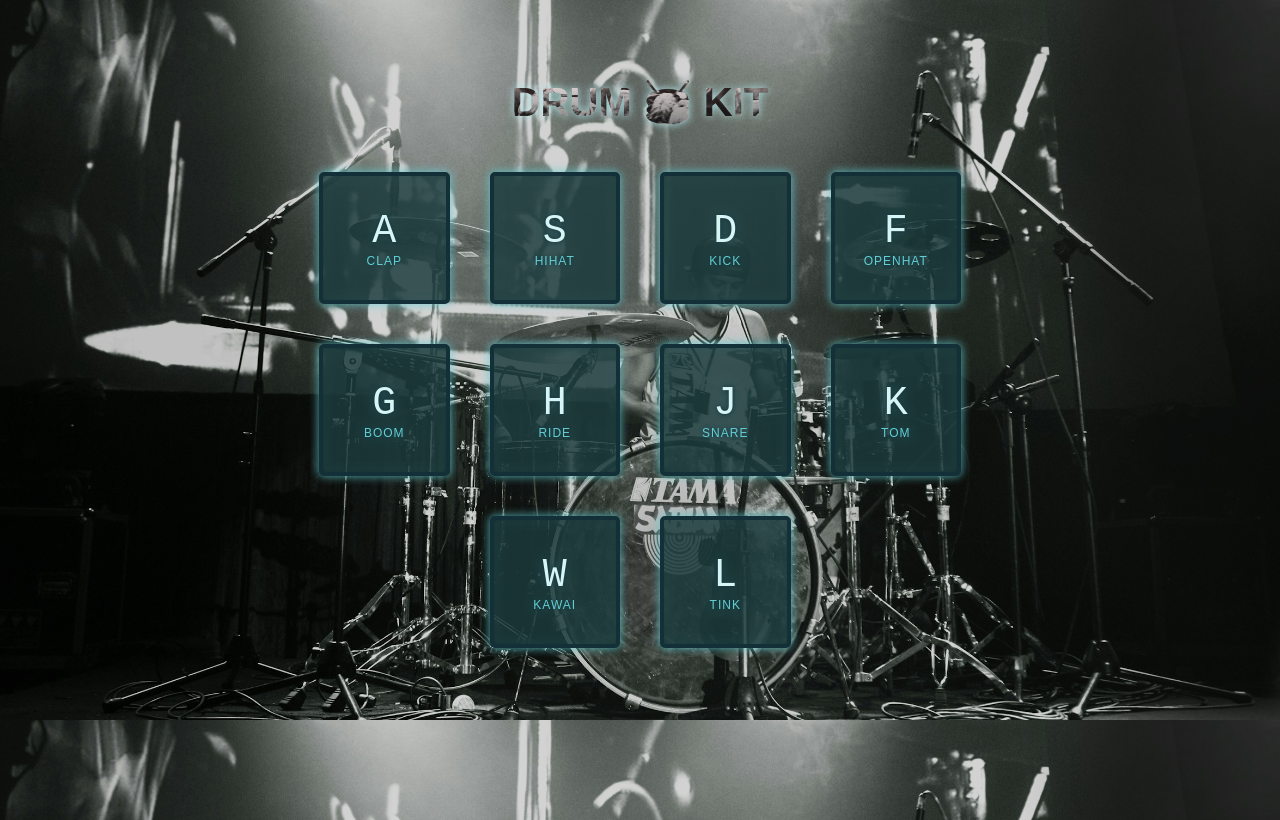
Repository: Freezler/drumkitJS
Page: index.html
The author's editor kept a copy of each file at every save. The page is drawn from the files as they stood at one save, then again after the next save.
The browser window is 1280 px wide. The pictures show the whole page.
Backgrounds fixed to the window are drawn as part of the page.

Above is the page before, as saved 2024-08-24 11:00:48.
Console error: ReferenceError: key is not defined

### index.html
<!DOCTYPE html>
<html lang="en">

<head>
  <meta charset="UTF-8">
  <title>JS Drum Kit</title>
  <link rel="stylesheet" href="style.css">
  <link rel="icon" href="https://fav.farm/🔥" />
</head>

<body>
  <main>

    <h1>Drum 🥁 Kit</h1>

    <div class="keys">
      <div data-key="65" class="key">
        <kbd>A</kbd>
        <span class="sound">clap</span>
      </div>
      <div data-key="83" class="key">
        <kbd>S</kbd>
        <span class="sound">hihat</span>
      </div>
      <div data-key="68" class="key">
        <kbd>D</kbd>
        <span class="sound">kick</span>
      </div>
      <div data-key="70" class="key">
        <kbd>F</kbd>
        <span class="sound">openhat</span>
      </div>
      <div data-key="71" class="key">
        <kbd>G</kbd>
        <span class="sound">boom</span>
      </div>
      <div data-key="72" class="key">
        <kbd>H</kbd>
        <span class="sound">ride</span>
      </div>
      <div data-key="74" class="key">
        <kbd>J</kbd>
        <span class="sound">snare</span>
      </div>
      <div data-key="75" class="key">
        <kbd>K</kbd>
        <span class="sound">tom</span>
      </div>
      <div data-key="76" class="key">
        <kbd>L</kbd>
        <span class="sound">tink</span>
      </div>
      <div data-key="87" class="key">
        <kbd>W</kbd>
        <span class="sound">kawai</span>
      </div>
    </div>
  </main>

  <audio data-key="65" src="sounds/clap.wav"></audio>
  <audio data-key="83" src="sounds/hihat.wav"></audio>
  <audio data-key="68" src="sounds/kick.wav"></audio>
  <audio data-key="70" src="sounds/openhat.wav"></audio>
  <audio data-key="71" src="sounds/boom.wav"></audio>
  <audio data-key="72" src="sounds/ride.wav"></audio>
  <audio data-key="74" src="sounds/snare.wav"></audio>
  <audio data-key="75" src="sounds/tom.wav"></audio>
  <audio data-key="76" src="sounds/tink.wav"></audio>
  <audio data-key="87" src="sounds/kawai.wav"></audio>


  <script>
    function removeTransition(event) {
      const { propertyName } = event;
      if (propertyName !== 'transform') return;
      event.target.classList.remove('playing');
    }

    function playSound(event) {
      const keyCode = event.type === 'keydown' ? event.keyCode : this.getAttribute('data-key');
      const audio = document.querySelector(`audio[data-key="${keyCode}"]`);
      const key = document.querySelector(`.key[data-key="${keyCode}"]`);
      if (!audio) return;
      key.classList.add('playing');
      audio.currentTime = 0;
      audio.play();
    }

    window.addEventListener('keydown', playSound);

    const keys = document.querySelectorAll('.key');
    keys.forEach(key => {
      key.addEventListener('transitionend', removeTransition);
      key.addEventListener('click', playSound);
    });
    key.addEventListener('touchstart', function (event) {
      event.preventDefault();  // Prevent default touch behavior
      playSound.call(this, event);
    });
  </script>


</body>

</html>

### style.css
:root {
  --000: #f0fbfa;
  --100: #d8f5f5;
  --200: #b5eaec;
  --300: #63cfd5;
  --400: #48bfc8;
  --500: #2da2ad;
  --600: #288492;
  --700: #266b78;
  --800: #275963;
  --900: #254a54;
  --950: #133039;
}

html {
  font-size: 10px;
  background: url('./background2.jpg') bottom center;
  background-color: var(--600);
  background-size: cover;
  background-attachment: fixed;
  background-position: center center;
  background-repeat: no-repeat;
  max-height: 100vh;
  user-select: none;
}

body,
html {
  margin: 0;
  padding: 0;
  font-family: sans-serif;
}

h1 {
  padding-inline: 2rem;
  text-align: center;
  color: white;
  filter: drop-shadow(0 0 4px var(--200));
  text-shadow: #080d0d 2px 2px 12px 22px;
  color: transparent;
  background-clip: text;
  -webkit-background-clip: text;
  text-transform: uppercase;
  font-size: clamp(4rem, 5vw, 2rem);
  background-image: linear-gradient(rgba(105, 5, 5, 0.124), rgba(0,0,0,0.5)), url('./background.jpg');
  text-wrap: balance;
}

main {
  place-self: center;
  display: grid;
  place-items: center;
  height: 100vh;
  place-content: center;
  text-align: center;
  width: 100vw;
  transition: all 0.07s;
  padding-bottom: 10rem;
}

.keys {
  display: grid;
  grid-row: auto;
  grid-template-columns: repeat(2, 1fr);
  width: fit-content;


  width: fit-content;
  text-align: center;
  transition: all 0.03s;
  place-items: center;

  .key[data-key="87"] {
    place-content: center;
    grid-column: 2;
    grid-row: 4;
  }

}

.key {
  border: .4rem solid var(--950);
  border-radius: .5rem;
  margin: 2rem;
  font-size: 48px;
  padding: .2rem .125rem;
  transition: all .07s ease;

  width: 12rem;
  height: 12rem;
  display: grid;
  place-items: center;
  place-content: center;

  text-align: center;
  color: var(--100);
  filter: drop-shadow(0 0 .5rem var(--300));
  text-shadow: 0 0 .5rem var(--950);
  background: #01010199;
}

@media screen and (min-width: 1000px) {
  .keys {
    grid-template-columns: repeat(4, 1fr);
    .key[data-key="87"] {
      place-content: center;
      grid-column: 2;
      grid-row: 3;
    }
    .key[data-key="76"] {
      place-content: center;
      grid-column: 3;
      grid-row: 3;
    }
    .key[data-key="75"] {
      place-content: center;
      grid-column: 4;
      grid-row: 2;
    }


  }

}


@media screen and (max-width: 960px) {
  .keys {
    grid-template-columns: repeat(3, 1fr);
    /* Wrap into 3 columns on medium screens */
    .key[data-key="87"] {
      place-content: center;
      grid-column: 2;
      grid-row: 5
    }
  }
}

@media screen and (max-width: 720px) {
  main{
    margin-top: 10rem;
    min-height: 80vh;
    width: 100%;
  }
  .keys {
    padding-bottom: 5rem;
    grid-template-columns: repeat(2, 1fr);
    /* Wrap into 2 columns on small screens */

  }
  .key[data-key="87"] {
    place-content: center;
    grid-column: 2;
    grid-row: 5
  }
  .key[data-key="76"] {
    place-content: center;
    grid-column: 2;
    grid-row: 4;
  }
  .key[data-key="75"] {
    place-content: center;
    grid-column: 2;
    grid-row: 3;
  }
}

@media screen and (max-width: 360px) {
  .keys {
    grid-template-columns: repeat(1, 1fr);
    /* Wrap into 1 column on small screens */
    min-height: 80vh;
  }

  .key[data-key="87"] {
    place-content: center;
    grid-column: 2;
    grid-row: 3;
  }
  .key[data-key="76"] {
    place-content: center;
    grid-column: 3;
    grid-row: 3;
  }
  .key[data-key="75"] {
    place-content: center;
    grid-column: 4;
    grid-row: 2;
  }
}



.playing {
  transform: scale(1.1);
  border-color: var(--400);
  box-shadow: 0 0px 1git 4px 0px var(--300);
}

kbd {
  display: block;
  font-size: 4rem;
}

.sound {
  font-size: 1.2rem;
  text-transform: uppercase;
  letter-spacing: .1rem;
  color: var(--300);
}

After the next save:
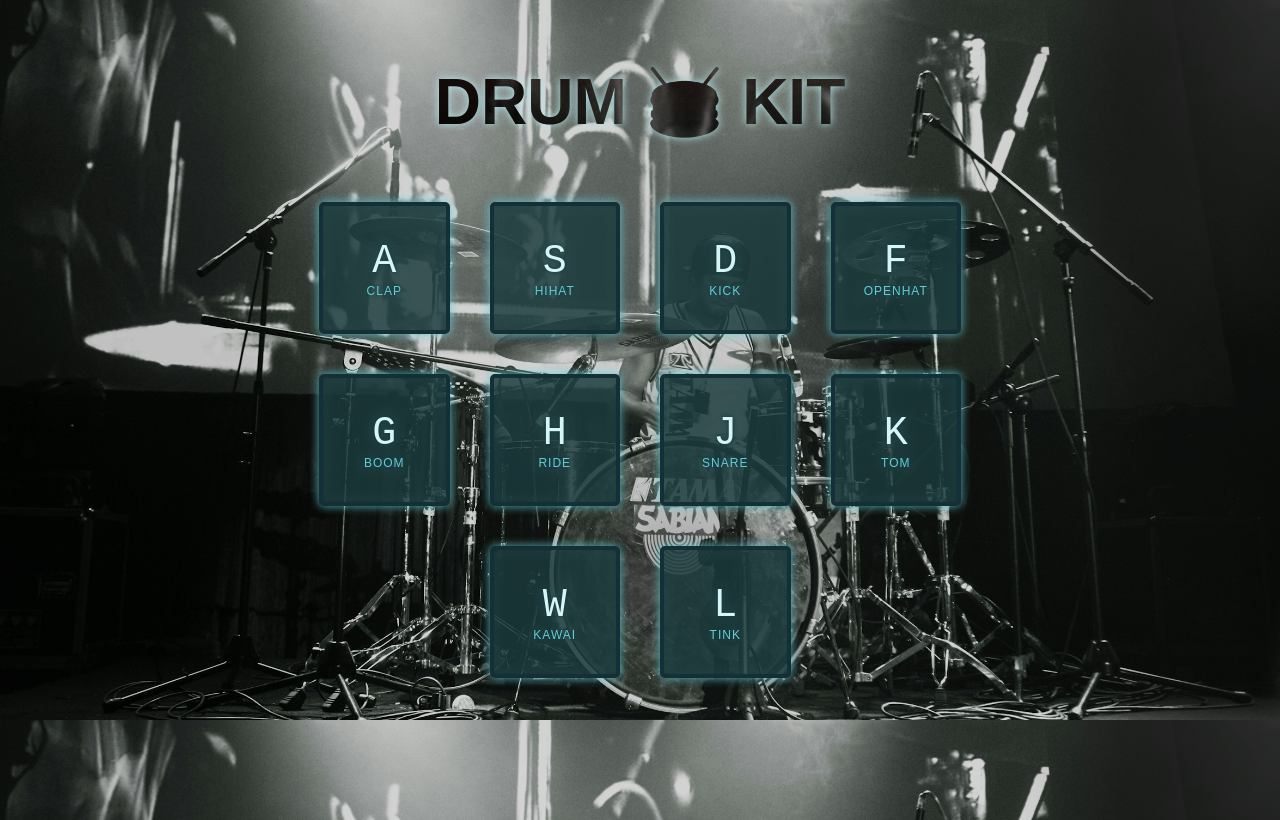
Saved 14 s later.
--- a/style.css
+++ b/style.css
@@ -35,14 +35,15 @@
   padding-inline: 2rem;
   text-align: center;
   color: white;
+
   filter: drop-shadow(0 0 4px var(--200));
   text-shadow: #080d0d 2px 2px 12px 22px;
   color: transparent;
   background-clip: text;
   -webkit-background-clip: text;
   text-transform: uppercase;
-  font-size: clamp(4rem, 5vw, 2rem);
-  background-image: linear-gradient(rgba(105, 5, 5, 0.124), rgba(0,0,0,0.5)), url('./background.jpg');
+  font-size: clamp(6rem, 5vw, 10rem);
+  background-image: linear-gradient(rgba(105, 5, 5, 0.124), rgba(0,0,0,0.5)), url('./background2.jpg');
   text-wrap: balance;
 }
 
